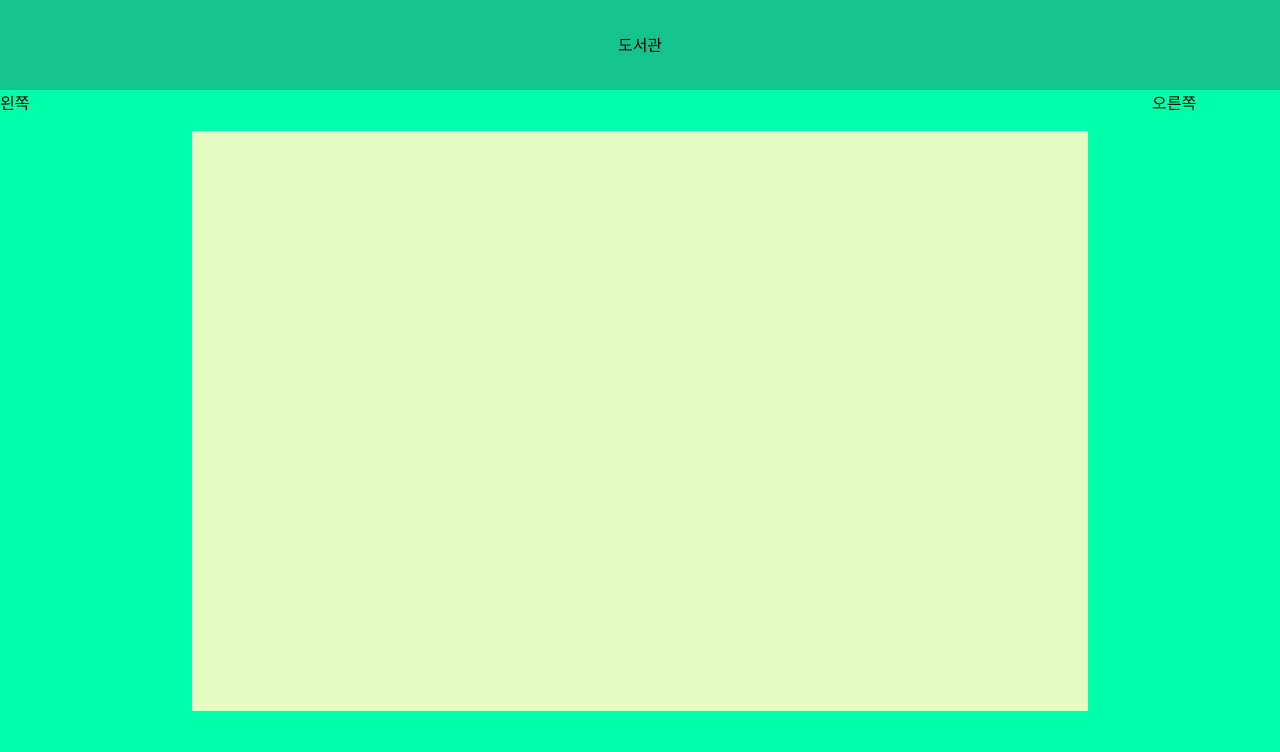
Repository: sojihwan/API_-Multi
Page: / (app in API/)
An editor plug-in stored every save of this project. The page is shown before and after the next save, followed by the edit.
The browser window is 1280 px wide. The pictures show the whole page.
The project was rebuilt for these pictures with package versions that can differ from the ones it lists, and the page was loaded fresh each time. Also part of the build but not shown: API/src/App.css.

Above is the page before, as saved 2022-05-24 16:16:54.

### API/src/App.js
import "./App.css";
import Layout from "./Layout/Layout";

function App() {
  return (
    <div>
      <Layout />
    </div>
  );
}

export default App;

### API/src/Layout/layout.js
import React from "react";
import "./Layout.css";
import Section from "./Section";

function Layout() {
  return (
    <div className="layout">
      <header>도서관</header>
      <main>
        <aside>왼쪽</aside>
        <Section />
        <aside>오른쪽</aside>
      </main>
    </div>
  );
}

export default Layout;

### API/src/Layout/layout.css
.layout {
  box-sizing: border-box;
}

header {
  top: 0px;
  width: 100%;
  height: 90px;
  line-height: 90px;
  text-align: center;
  background: #14C38E;
}

aside {
  top: 90px;
  background: #00FFAB;
}

main aside:first-child {
  position: absolute;
  left: 0;
  width: 10%;
  height: 91.9%;
}

main {
  display: flex;
  justify-content: center;
  align-items: center;
  min-height: 91.9vh;
  background: #00FFAB;
}

main aside:last-child {
  position: absolute;
  right: 0;
  width: 10%;
  height: 91.9%;
}

### API/src/Layout/Section.js
import React from "react";
import "../Layout/Section.css";

function Section() {
  return (
    <div className="section">
      <div></div>
    </div>
  );
}

export default Section;

### API/src/Layout/Section.css
.section {
  width: 70%;
  padding: 290px 0;
  text-align: center;
  background: #E3FCBF;
}

Loaded but not shown: API/public/index.html (common file); API/src/index.js (common file); API/src/index.css (common file); API/src/reportWebVitals.js (common file)

After the next save:
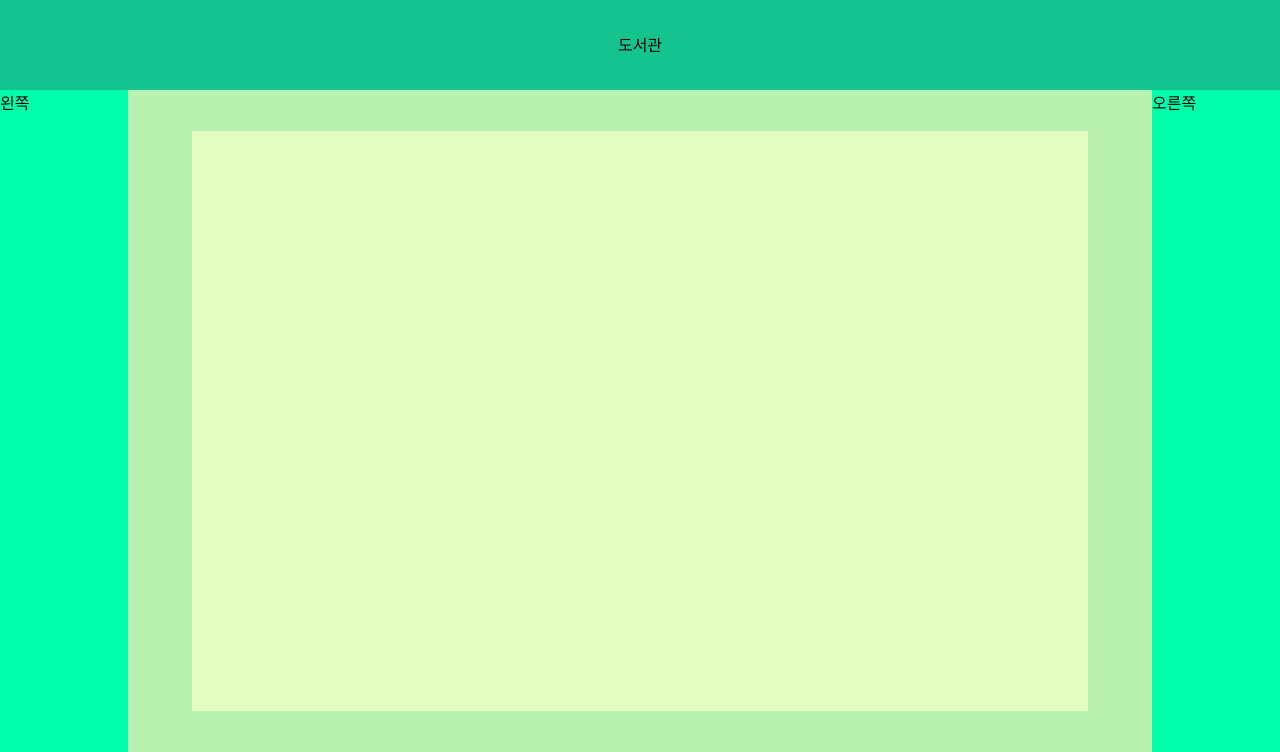
Saved 10 s later.
--- a/API/src/Layout/layout.css
+++ b/API/src/Layout/layout.css
@@ -28,7 +28,7 @@ main {
   justify-content: center;
   align-items: center;
   min-height: 91.9vh;
-  background: #00FFAB;
+  background: #B8F1B0;
 }
 
 main aside:last-child {
